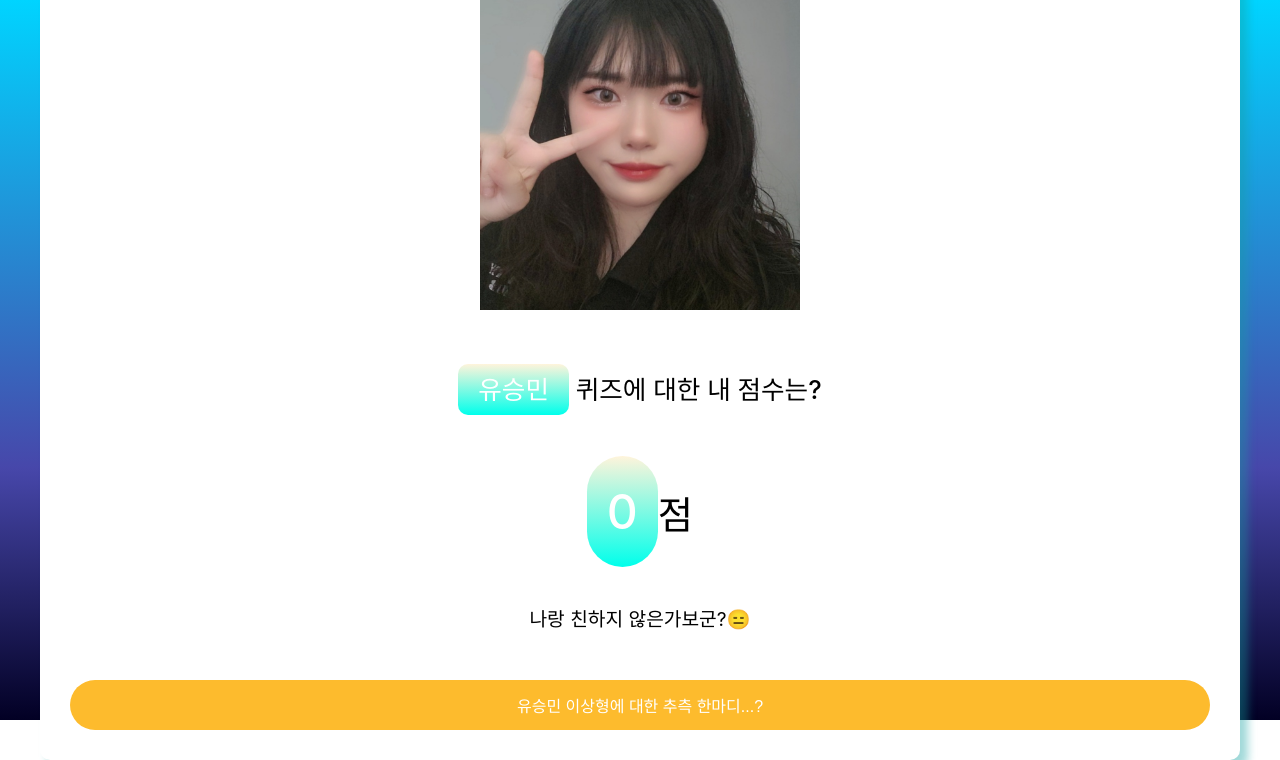
Repository: dnjfht/quiz3
Page: /score
These files come from the project's save history. The page is drawn as it stood at one moment and after the next save; the edit follows.
The browser window is 1280 px wide. The pictures show the whole page.
The project was rebuilt for these pictures with package versions that can differ from the ones it lists, and the page was loaded fresh each time. Also part of the build but not shown: src/components/Start.js, src/components/Progress.js, src/components/Quiz.js, src/components/Message.js, src/components/Ranking.js, src/components/NotPage.js.

Above is the page before, as saved 2023-04-15 23:22:07.

After the next save:
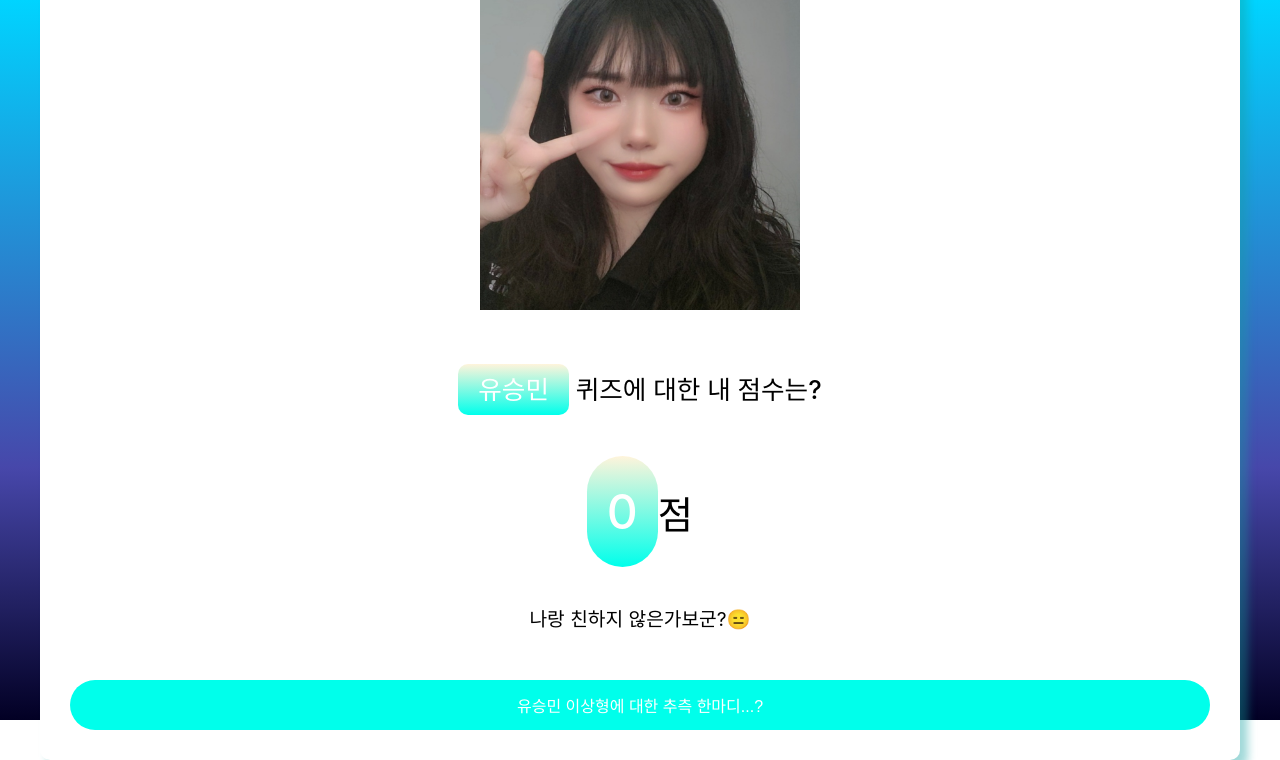
Saved 20 s later.
--- a/src/components/Score.js
+++ b/src/components/Score.js
@@ -67,7 +67,7 @@ const GoCommentButton = styled.button`
   width: 100%;
   height: 50px;
   margin-top: 10px;
-  background: rgb(253, 187, 45);
+  background: #00ffeb;
   border: none;
   border-radius: 30px;
 
